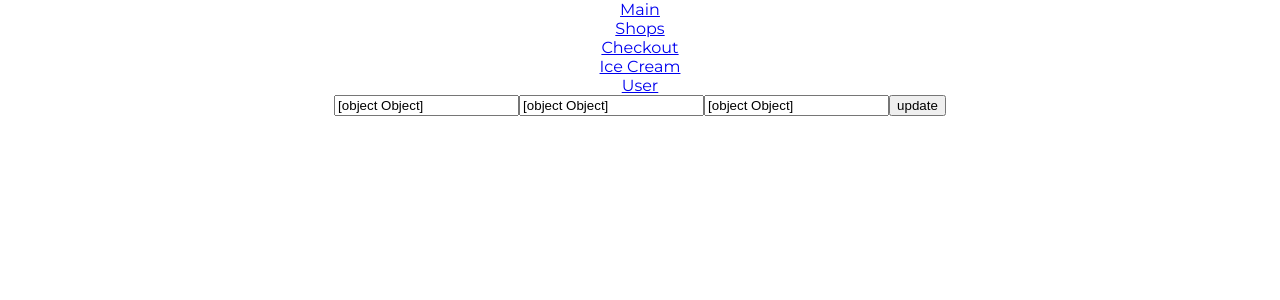
Repository: squirrellypenguin/Frozzy-React-Frontend
Page: /edit
The author's editor kept a copy of each file at every save. The page is drawn from the files as they stood at one save, then again after the next save.
The browser window is 1280 px wide. The pictures show the whole page.
The page's requests for data from a server got no answer. The project was rebuilt for these pictures with package versions that can differ from the ones it lists, and the page was loaded fresh each time. No one was signed in, and anything a server would have sent is missing. Also part of the build but not shown: src/pages/checkout.js, src/pages/icecream.js, src/pages/user.js, src/pages/shop.js. Imported but missing from the stored project, and not drawn on this page: src/pages/main.

Above is the page before, as saved 2021-05-25 09:35:21.

### public/index.html
<!DOCTYPE html>
<html lang="en">
  <head>
    <meta charset="utf-8" />
    <link rel="icon" href="%PUBLIC_URL%/favicon.ico" />
    <meta name="viewport" content="width=device-width, initial-scale=1" />
    <meta name="theme-color" content="#000000" />
    <meta
      name="description"
      content="Web site created using create-react-app"
    />
    <link rel="apple-touch-icon" href="%PUBLIC_URL%/logo192.png" />
    <link rel="preconnect" href="https://fonts.gstatic.com">
<link href="https://fonts.googleapis.com/css2?family=Montserrat:wght@300;400;500;600&display=swap" rel="stylesheet">
    <!--
      manifest.json provides metadata used when your web app is installed on a
      user's mobile device or desktop. See https://developers.google.com/web/fundamentals/web-app-manifest/
    -->
    <link rel="manifest" href="%PUBLIC_URL%/manifest.json" />
    <!--
      Notice the use of %PUBLIC_URL% in the tags above.
      It will be replaced with the URL of the `public` folder during the build.
      Only files inside the `public` folder can be referenced from the HTML.

      Unlike "/favicon.ico" or "favicon.ico", "%PUBLIC_URL%/favicon.ico" will
      work correctly both with client-side routing and a non-root public URL.
      Learn how to configure a non-root public URL by running `npm run build`.
    -->
    <title>React App</title>
  </head>
  <body>
    <noscript>You need to enable JavaScript to run this app.</noscript>
    <div id="root"></div>
    <!--
      This HTML file is a template.
      If you open it directly in the browser, you will see an empty page.

      You can add webfonts, meta tags, or analytics to this file.
      The build step will place the bundled scripts into the <body> tag.

      To begin the development, run `npm start` or `yarn start`.
      To create a production bundle, use `npm run build` or `yarn build`.
    -->
  </body>
</html>

### src/index.js
import React from 'react';
import ReactDOM from 'react-dom';
import './index.css';
import App from './App';
import reportWebVitals from './reportWebVitals';
import { BrowserRouter as Router} from 'react-router-dom'



ReactDOM.render(
  <Router>
    <React.StrictMode>
      <App />
    </React.StrictMode>
  </Router>,
  document.getElementById('root')
);

// If you want to start measuring performance in your app, pass a function
// to log results (for example: reportWebVitals(console.log))
// or send to an analytics endpoint. Learn more: https://bit.ly/CRA-vitals
reportWebVitals();

### src/index.css


:root {
  --main-white:  #ededed;
  --main-black: #242424;
  --main-grey: #909294;
  --main-red: #EE4540;
}
body {
  margin: 0; /* <-- Codys code */
  font-family: 'Montserrat'; /* <-- Codys code */
  /* font-family: -apple-system, BlinkMacSystemFont, 'Segoe UI', 'Roboto', 'Oxygen',
    'Ubuntu', 'Cantarell', 'Fira Sans', 'Droid Sans', 'Helvetica Neue',
    sans-serif; */
  -webkit-font-smoothing: antialiased;
  -moz-osx-font-smoothing: grayscale;
}


#main-image-container {
  /* border: 2px solid red; */
  height: 600px;
  background: var(--main-black);
  display: flex;
  justify-content: center;
  width: 100%;
  margin: 0 auto;
}

/* ----------- can delete BLACK-BACKGROUND when moved into JSX -------------- */
#black-background {
  /* border: 2px solid hotpink; */
  background: var(--main-black);
  height: 1000px;
}
/* ----------- can delete BLACK-BACKGROUND when moved into JSX -------------- */

#main-background {
  /* border: 2px solid hotpink; */
  /* height: 1500px; */
  /* transform: scale(1.3); */
}

#main-logo-container {
  /* border: 2px solid hotpink; */
  display: flex;
  justify-content: center;
  position: relative;
  bottom: 350px;
  overflow: hidden;
  width: 100%;
  transform: scale(.7);
}

#main-logo {
  /* border: 2px solid rgb(47, 226, 236); */
  transform: scale(.7);
}

#main-greeting-container {
  /* border: 2px solid red; */
  position: relative;
  bottom: 230px;
  color: var(--main-grey);
  font-family: 'Montserrat';
  font-size: .7em;
  text-align: center;
  width: 60%;
  margin: 0 auto;
}

#main-login-button-container {
  /* border: 2px solid red; */
  margin: 0 auto;
  display: flex;
  flex-direction: column;
  justify-content: center;
  width: 60%;
  position:relative;
  bottom: 200px;
}
#main-login-button {
  /* border: 2px solid red; */
  /* display: flex; */
  /* justify-content: center; */
  border: none;
  height: 40px;
  border-radius: 20px;
  background: var(--main-red);
  color: var(--main-white);
  font-family: 'Montserrat';
}
#main-login-button:hover {
  background: var(--main-black);
  border: 1px solid var(--main-grey)
}

#page-container{
/* border: 2px solid red; */
background-color: var(--main-black);
/* height: 1800px; */
/* width: 100%; */
}


#ic-image-container {
  /* border: 2px solid red; */
  /* margin: 0 auto;  */
  /* width: 100vw;  */
  /* overflow: hidden; */
}

#ic-photo {
  /* border: 2px solid red; */
  width: 100%;
  height: auto;
  background-image: cover;
}

.fav-icon {
  /* border: 2px solid red; */
  position: relative;
  bottom: 25px;
  left: 150px;
  transform: scale(1.7);
  filter: drop-shadow(0px 3px 1.5px red);
}

/* ---------------------- Middle Name/price/star section-------------------- */
#ic-name h2{
  /* border: 2px solid red; */
  margin: 0 0 0 10px;
  position: relative;
  bottom: 15px;
  width: 80%;
  color: var(--main-white);
  text-align: left;
}
#ic-stars-container{
  /* border: 2px solid red; */
  width: 100%;
  /* margin: 0; */
  padding: 0 0 0 6px;
  position: relative;
  bottom: 17px;
}
#ic-stars {
  /* border: 2px solid hotpink; */
  text-align: left;
}

#ic-stars img {
  /* border: 2px solid hotpink; */
  transform: scale(.7);

}
#ic-stars img:hover {
  transform: scale(.85);
}

#ic-price {
  /* border: 2px solid red; */
  color: var(--main-white);
  width: 150px;
  text-align: center;
  position: relative;
  left: 210px;
  bottom: 40px;
}

/* ---------------------- Middle Description area-------------------- */
#ic-description-container {
  /* border: 2px solid red; */
  width: 90%;
  margin: 0 auto;
  padding-bottom:15px;
  text-align: left;
  position: relative;
  bottom: 40px;
}

#ic-description-heading {
  /* border: 2px solid red; */
  color: var(--main-white);
}

#ic-description-copy {
  /* border: 2px solid red; */
  color: var(--main-grey);
  padding-bottom: 30px;
  border-bottom: 1px solid var(--main-grey);
}

/* ---------------------- Lower Customize area-------------------- */
#ic-customize-container {
  /* border: 2px solid red; */
  width: 90%;
  height: 200px;
  margin: 0 auto;
  padding-bottom:15px;
}

#ic-customize-heading {
  /* border: 2px solid red; */
  width: 90%;
  margin: 0;
  color: var(--main-white);
  margin-bottom: 20px;
  text-align: left;
}

#ic-customize-dropdown-container {
  /* border: 2px solid red;  */
}

 .ic-customize-dropdown {
   /* border: 2px solid red; */
   display: block;
   width: 100%;
   height: 50px;
   color: var(--main-grey);
   text-align: center;
   font-size: 1em;
   border-radius: 5px;
   background-color: var(--main-white);
   margin: 10px 0 10px 0;
   font-family: 'Montserrat';
 }
 .ic-customize-dropdown:hover {
 background: var(--main-black);
}

### src/App.js
import { Switch,Route } from 'react-router-dom';
import './App.css';
import Checkout from './pages/checkout'
import Main from './pages/main'
import Creem from './pages/icecream'
import User from './pages/user'
import Shop from './pages/shop'
import Nav from './components/nav'
import React from 'react';
import Edituser from './pages/edituser'


function App() {
  const url = "https://frozzybe.herokuapp.com"

  // State that will hold shops
  const [shops, setShops] = React.useState([])
  // State to hold ice cream flavors
  const [creems, setCreems] = React.useState([])
  const [edit, setEdit] = React.useState()

  const selectedEdit = (user) => {
    setEdit(user)
  }


  let [users, setUsers] = React.useState([])
  const getUsers = async () => {
    const response = await fetch(url + "/user");
    console.log(response)
    const data = await response.json();
   console.log("read for this", data)
    setUsers(data)
  };



  //state to hold ratings
  const [ratings, setRatings] = React.useState([])

  // variable to hold to Empty flavor
  const emptyCreem = {
    rating: [],
    name: "",
    img:  "",
    story: "",
    cost: 0,
  }


  //empty rating variable
  const emptyRating = {
    rating: 0
  }




  // state that represents selected flavor
  const [selectedCreem, setSelectedCreem] = React.useState(emptyCreem)
const [cart, setCart] = React.useState([])
  // state for rating
  const [selectedRating, setselectedRating] = React.useState(emptyRating)

  const selectCart = (creem, index) => {
    console.log("lifted State", creem)
    setCart([...cart, creem])
  //  handleRatingUpdate(rating, id)
  }

  const removeFromCart = (pos) => {
    console.log("pos",pos)
    const updatedCart = cart.filter((flavor, index) => index !== pos)
    setCart(updatedCart)
  }

  // function that will get all the flavors
  const getCreems = () => {
    fetch(url + "/creem/")
    .then((response) => response.json())
    .then((data) => {
      setCreems(data)
    })
  }



  // function to get all shops
  const getShops = () => {
    fetch(url + "/store/")
    .then((response) => response.json())
    .then((data) => {
      setShops(data)
    })
  }

  // function to get ratings
  const getRating = () => {
    fetch(url + "/creem" + "/rating")
    .then((response) => response.json())
    .then((data) => {
      setRatings(data)
      console.log("ratings", setRatings)
    })
  }

  //useEffect to get shop data
  React.useEffect(() =>{
    getShops()
    getUsers();
  }, [])

  //useEffect to get the flavor data right away
  React.useEffect(() => {
    getCreems()
  }, [])

  // handleCreate function for form submission of
 const handleCreate = (newCreem) => {
    fetch(url + "/creem/", {
      method: "POST",
      headers: {
        "Content-type": "application/json"
      },
      body: JSON.stringify(newCreem)
    })
    .then(() => getCreems())
  }

  // handleUpdate function for when edit form is sumbitted
  const handleUpdate = (creem) => {
    fetch(url + "/creem/" + creem, {
      method: "PUT",
      headers: {
        "Content-Type": "application/json"
      },
      body: JSON.stringify(creem)
    })
    .then(() => getCreems())
  }


  // handleUpdate function for form submission on rating
  const handleRatingUpdate = (rating, id) => {
    let body = { rating: rating}
    fetch(url + "/creem/rating/" + id, {
      method: "PUT",
      headers: {
        "Content-Type":"application/json"
      },
      body: JSON.stringify(body)
    })
    .then(() => getRating())
  }

  // function to specifiy the flavor being updated
  const selectCreem = (creem) => {
    setSelectedCreem(creem)
  }


  //function to specify which rating is being updated
  const selectRating = (rating, id) => {
    console.log("lifted State")
    console.log(id, rating)
   handleRatingUpdate(rating, id)
  }

  // function to delete individual flavors
  const deleteCreem = (creem) => {
    fetch(url + "/creem/" + creem._id, {
      method: "delete"
    })
    .then(() => {
      getCreems()
    })
  }

  return (
    <div className="App">
      <Nav />
      <Switch>
        <Route exact path="/" render={(rp) =>
          <Main
          {...rp}
          shops={shops}
           />} />
        <Route exact path="/shop" render={(rp) =>
          <Shop
          {...rp}
          shops={shops}
          />} />
        <Route path="/checkout" render={(rp) =>
          <Checkout
          {...rp}
          cart={cart}
          creem={creems}
          selectedCreem={selectedCreem}
          removeFromCart={removeFromCart}
          handleSubmit={handleUpdate}
          deleteCreem={deleteCreem}
          selectCreem={selectCreem}
          />} />

         <Route exact path="/icecream" render={(rp) =>
          <Creem
          {...rp}
          handleRatingSubmit={handleRatingUpdate}
          selectRating={selectRating}
          selectCart={selectCart}
          creems={creems}
          // selectedRating={selectedRating}
          handleSubmit={handleUpdate}
          // selectRating={selectRating}

          />} />

<Route exact path="/user" render={(rp) =>
          <User  {...rp} users={users}    selectedEdit={selectedEdit}       />

} />
    <Route
            exact
            path="/edit"
            render={(rp) => (
              <Edituser
              {...rp}
              label="update"
              user={edit}

              handleSubmit={handleUpdate} />
            )}
          />
      </Switch>
    </div>
  )
}

export default App;

### src/components/nav.js
import React from 'react';
import { Link } from 'react-router-dom';

const Nav = (props) => {
    return(
        <div>
            <Link to="/">
                <div>Main</div>
            </Link>
            <Link to="/shop">
                <div>Shops</div>
            </Link>
            <Link to="/checkout">
                <div>Checkout</div>
            </Link>
            <Link to="/icecream">
                <div>Ice Cream</div>
            </Link>
            <Link to="/user">
                <div>User</div>
            </Link>
        </div>
    )
}

export default Nav

### src/pages/edituser.js
import React from "react";

const Edituser = (props) => {
  //STATE FOR THE FORM
  const [formData, setFormData] =  React.useState({}) //props.user);

  //FUNCTIONS
  const handleSubmit = (event) => {
    event.preventDefault(); // Prevent Form from Refreshing
    props.handleSubmit(formData); // Submit to Parents desired function
    props.history.push("/"); //Push back to display page
  };

  const handleChange = (event) => {
    setFormData({ ...formData, [event.target.name]: event.target.value });
  };

  return (
 <form onSubmit={handleSubmit}>

    <input
        type="text"
        name="name"
        value={formData}
        onChange={handleChange}
      />
      <input
        type="text"
        name="last"
        value={formData}
        onChange={handleChange}
      />
      <input
        type="text"
        name="email"
        value={formData}
        onChange={handleChange}
      />
      <input type="submit" value={props.label} />
    </form>
  );
};

export default Edituser;

Loaded but not shown: src/reportWebVitals.js (common file); src/App.css (common file)

After the next save:
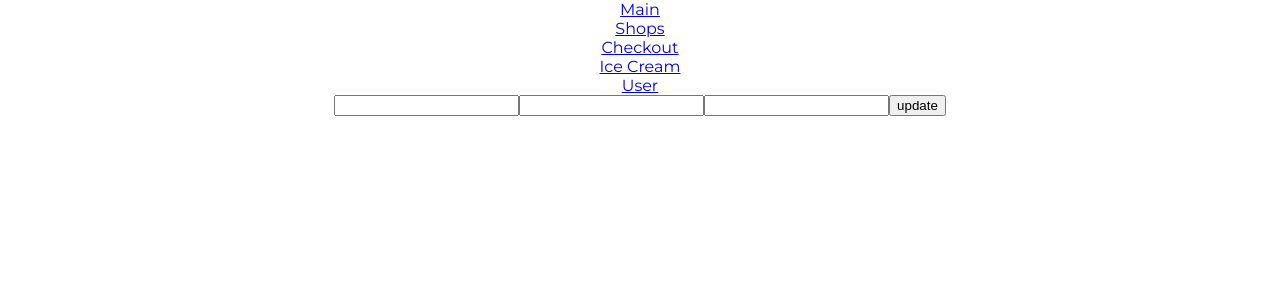
Saved 31 s later.
--- a/src/pages/edituser.js
+++ b/src/pages/edituser.js
@@ -2,7 +2,7 @@ import React from "react";
 
 const Edituser = (props) => {
   //STATE FOR THE FORM
-  const [formData, setFormData] =  React.useState({}) //props.user);
+  const [formData, setFormData] =  React.useState(props.user) //props.user);
 
   //FUNCTIONS
   const handleSubmit = (event) => {
